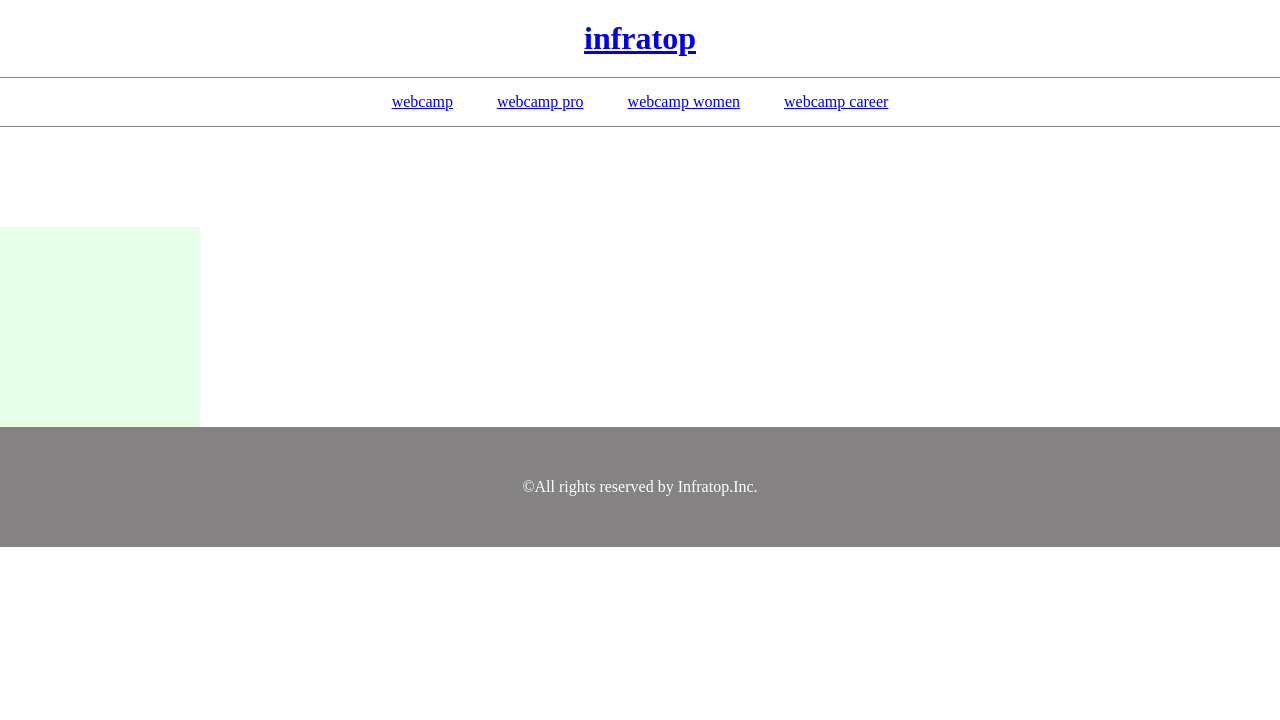
Repository: pooh0721/-
Page: chapter5/index.html
The author's editor kept a record of every edit. The page is drawn from the files as they stood at one moment, then again after the next edit.
The browser window is 1280 px wide. The pictures show the whole page.

Above is the page before.

After the next edit:
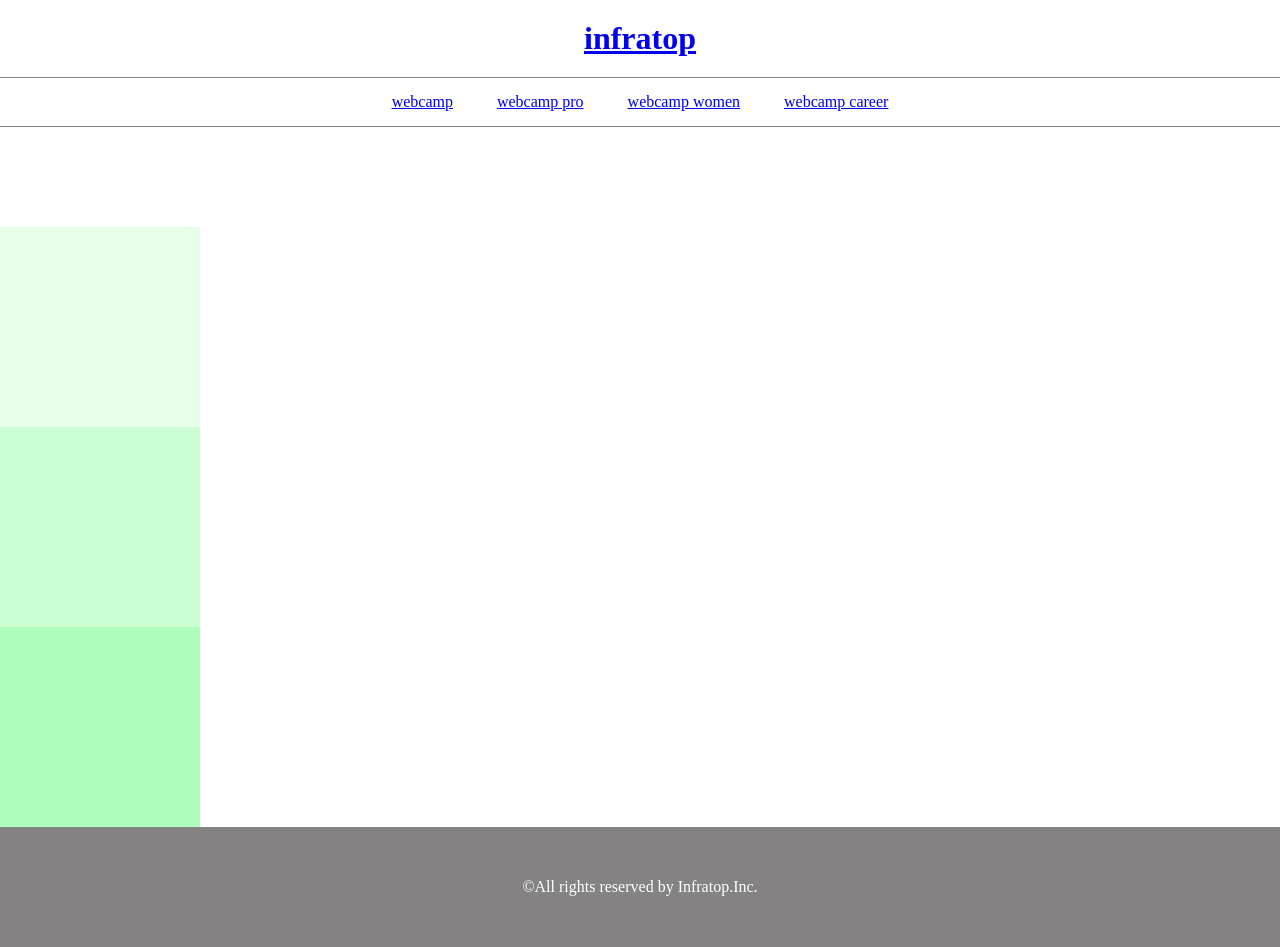
The edit:
--- a/chapter5/index.html
+++ b/chapter5/index.html
@@ -35,9 +35,9 @@
 
       <div class="box1"></div>
 
-      <div class="box"></div>
+      <div class="box2"></div>
 
-      <div class="box"></div>
+      <div class="box3"></div>
 
       <div class="box"></div>
 
